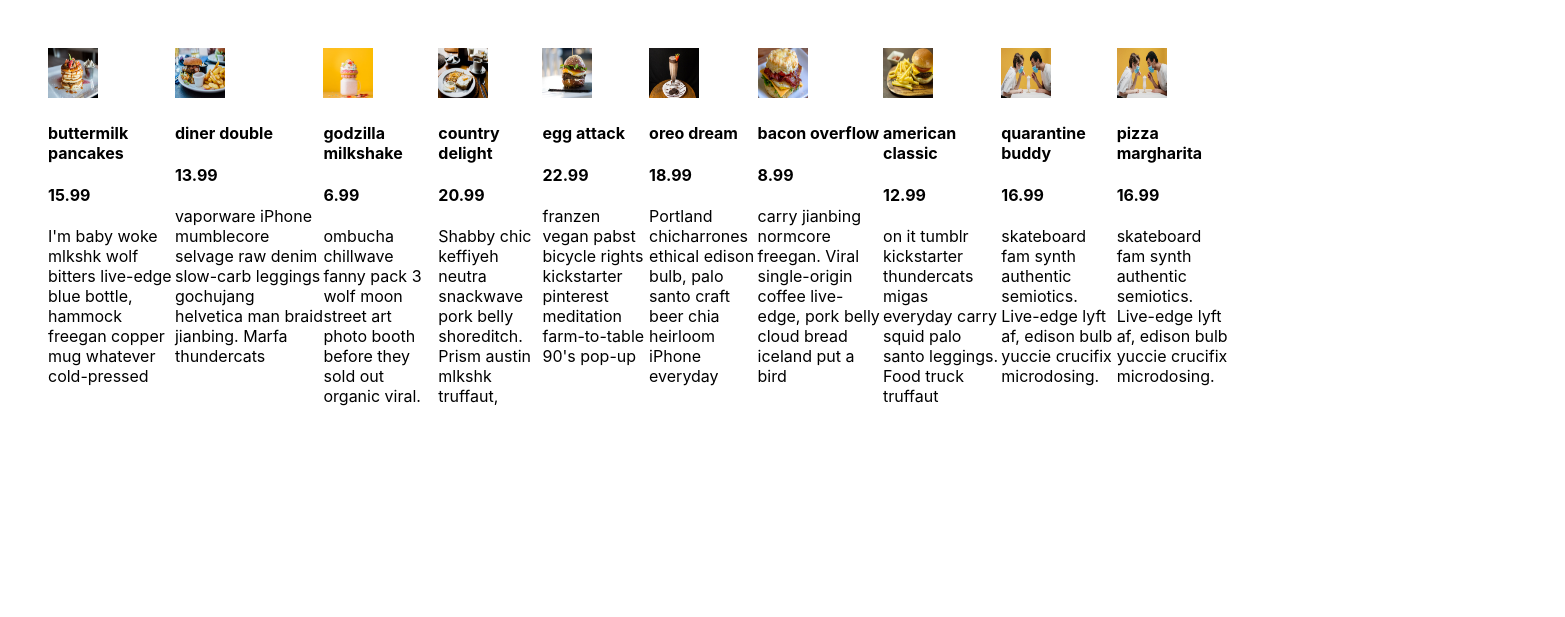
Repository: gligor99/menu-ts-react
Page: /
The author's editor kept a copy of each file at every save. The page is drawn from the files as they stood at one save, then again after the next save.
The browser window is 1280 px wide. The page is 1280 px wide, then 1565 px, so the pictures cover 1565 px, including what lies to the right of the window. The pictures show the whole page.
The project was rebuilt for these pictures with package versions that can differ from the ones it lists, and the page was loaded fresh each time.

Above is the page before, as saved 2021-11-24 22:56:13.

### src/App.tsx
import { useState } from "react";
import Menu from "./components/Menu";
import items from "./data";

export type ItemsProps = {
  id: number;
  title: string;
  category: string;
  price: number;
  img: string;
  desc: string;
};

function App() {
  const [menuItems, setMenuItems] = useState<ItemsProps[]>(items);

  return (
    <div className="App">
      <Menu items={menuItems} />
    </div>
  );
}

export default App;

### src/components/Menu.tsx
import { ItemsProps } from "../App";
import '../index.css'

type Props = {
  items: ItemsProps[];
};

const Menu: React.FC<Props> = ({ items }) => {
  console.log(items);

  return (
    <div className="section-center">
      {items.map((item) => {
        return (
          <article className="menu-item" key={item.id}>
            <img src={item.img} alt={item.title} />
            <div className="item-info">
                <header>
                    <h4 className="title">{item.title}</h4>
                    <h4 className="price">{item.price}</h4>
                </header>
                <p className="item-text">{item.desc}</p>
            </div>
          </article>
        );
      })}
    </div>
  );
};

export default Menu;

### src/data.ts
const menu = [
    {
      id: 1,
      title: 'buttermilk pancakes',
      category: 'breakfast',
      price: 15.99,
      img: './images/item-1.jpeg',
      desc: `I'm baby woke mlkshk wolf bitters live-edge blue bottle, hammock freegan copper mug whatever cold-pressed `,
    },
    {
      id: 2,
      title: 'diner double',
      category: 'lunch',
      price: 13.99,
      img: './images/item-2.jpeg',
      desc: `vaporware iPhone mumblecore selvage raw denim slow-carb leggings gochujang helvetica man braid jianbing. Marfa thundercats `,
    },
    {
      id: 3,
      title: 'godzilla milkshake',
      category: 'shakes',
      price: 6.99,
      img: './images/item-3.jpeg',
      desc: `ombucha chillwave fanny pack 3 wolf moon street art photo booth before they sold out organic viral.`,
    },
    {
      id: 4,
      title: 'country delight',
      category: 'breakfast',
      price: 20.99,
      img: './images/item-4.jpeg',
      desc: `Shabby chic keffiyeh neutra snackwave pork belly shoreditch. Prism austin mlkshk truffaut, `,
    },
    {
      id: 5,
      title: 'egg attack',
      category: 'lunch',
      price: 22.99,
      img: './images/item-5.jpeg',
      desc: `franzen vegan pabst bicycle rights kickstarter pinterest meditation farm-to-table 90's pop-up `,
    },
    {
      id: 6,
      title: 'oreo dream',
      category: 'shakes',
      price: 18.99,
      img: './images/item-6.jpeg',
      desc: `Portland chicharrones ethical edison bulb, palo santo craft beer chia heirloom iPhone everyday`,
    },
    {
      id: 7,
      title: 'bacon overflow',
      category: 'breakfast',
      price: 8.99,
      img: './images/item-7.jpeg',
      desc: `carry jianbing normcore freegan. Viral single-origin coffee live-edge, pork belly cloud bread iceland put a bird `,
    },
    {
      id: 8,
      title: 'american classic',
      category: 'lunch',
      price: 12.99,
      img: './images/item-8.jpeg',
      desc: `on it tumblr kickstarter thundercats migas everyday carry squid palo santo leggings. Food truck truffaut  `,
    },
    {
      id: 9,
      title: 'quarantine buddy',
      category: 'shakes',
      price: 16.99,
      img: './images/item-9.jpeg',
      desc: `skateboard fam synth authentic semiotics. Live-edge lyft af, edison bulb yuccie crucifix microdosing.`,
    },
    {
      id: 10,
      title: 'pizza margharita',
      category: 'dinner',
      price: 16.99,
      img: './images/item-9.jpeg',
      desc: `skateboard fam synth authentic semiotics. Live-edge lyft af, edison bulb yuccie crucifix microdosing.`,
    },


  ];
  export default menu;

### src/index.css
body {
  margin: 0;
  font-family: -apple-system, BlinkMacSystemFont, 'Segoe UI', 'Roboto', 'Oxygen',
    'Ubuntu', 'Cantarell', 'Fira Sans', 'Droid Sans', 'Helvetica Neue',
    sans-serif;
  -webkit-font-smoothing: antialiased;
  -moz-osx-font-smoothing: grayscale;
}

code {
  font-family: source-code-pro, Menlo, Monaco, Consolas, 'Courier New',
    monospace;
}

.section-center {
  display: flex;
  flex-direction: row;
  justify-content: flex-start;
  padding: 2em;
  margin: 1em;
}


img{
  height: 50px;
  width: 50px;
}

Loaded but not shown: public/index.html (common file); src/index.tsx (common file)

After the next save:
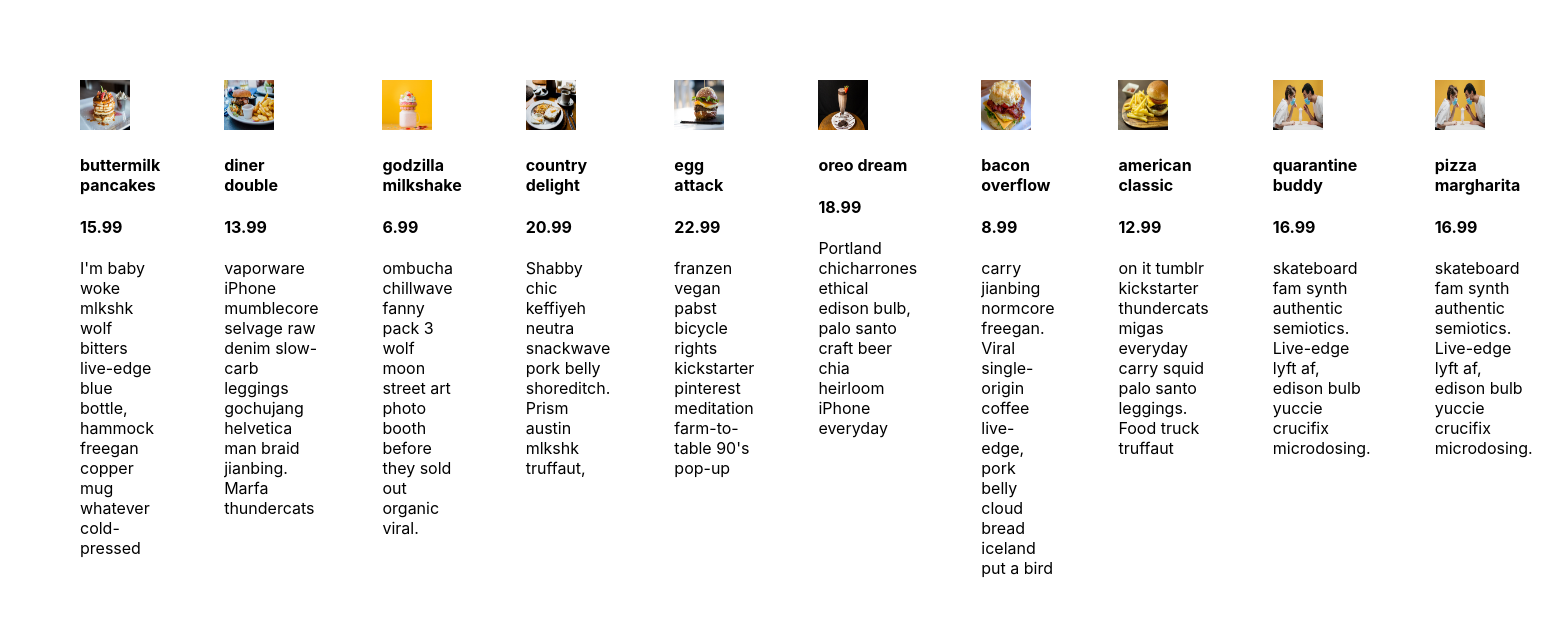
Saved 13 s later.
--- a/src/index.css
+++ b/src/index.css
@@ -20,6 +20,10 @@ code {
   margin: 1em;
 }
 
+.menu-item{
+  padding: 2em;
+}
+
 
 img{
   height: 50px;
